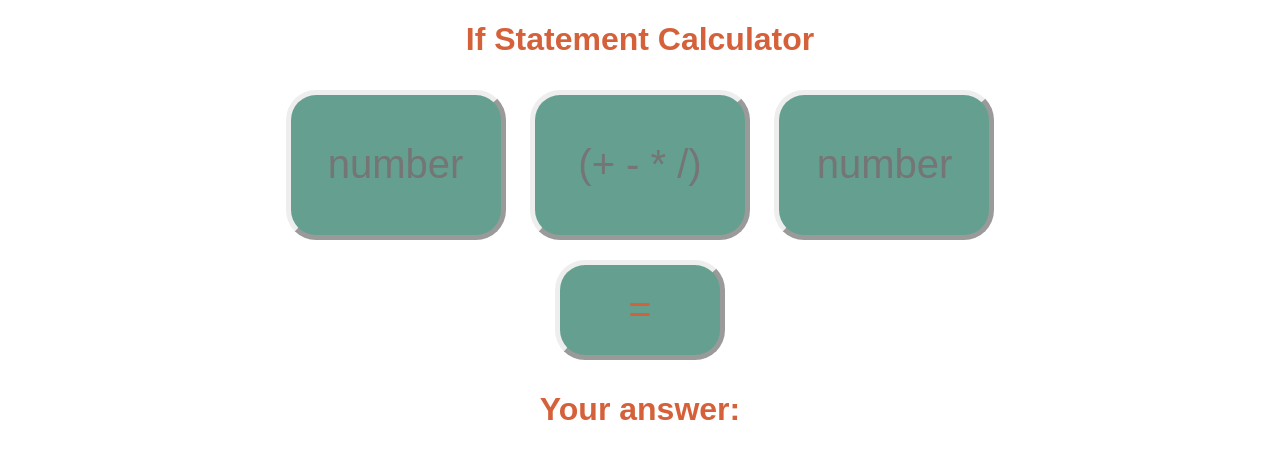
Repository: WesleyErasmus/threeInputCalculator
Page: html/if-calculator.html
The author's editor kept a copy of each file at every save. The page is drawn from the files as they stood at one save, then again after the next save.
The browser window is 1280 px wide. The pictures show the whole page.

Above is the page before, as saved 2022-04-27 22:37:14.

### html/if-calculator.html
<!DOCTYPE html>
<html lang="en">
<head>
    <meta charset="UTF-8">
    <meta http-equiv="X-UA-Compatible" content="IE=edge">
    <meta name="viewport" content="width=device-width, initial-scale=1.0">
    <title>JS If Calculator</title>
    <link rel="stylesheet" href="/css/stylesheet.css">
    <script src="/js/if-calculator.js"></script>
</head>
<body>

<center>
    <form onsubmit="return false;">
        <h1>If Statement Calculator</h1>
         <input id="input1" type="text" name = "input1" placeholder="number"> <!-- input-1 -->
         <input id="input3" type="text" name = "input3" placeholder="(+ - * /)"> <!-- input-3 (operator) -->
         <input id="input2" type="text" name = "input2" placeholder="number"> <!-- input-2 -->
        <div>
         <button onclick="sum()">=</button>
        </div>
         <h1>Your answer:</h1>
         <p id="output"></p>
    </form>
</center>
</body>
</html>

### css/stylesheet.css
body {
font-family: sans-serif;
}
h1 {
    color: #d5613a;
}
form {
display: block;
margin: 0 auto;
}
input {
    background-color: #659f8f;
    width: 170px;
    height: 100px;
    padding: 20px;
    margin: 10px;
    text-align: center;
    font-size: 40px;
    border-radius: 30px;
    border: 5px outset;
}
button {
    background-color: #659f8f;
    /* color: #9e9e9e; */
    color: #d5613a;
    width: 170px;
    height: 100px;
    padding: 0;
    margin: 10px;
    font-size: 40px;
    border-radius: 30px;
    border: 5px outset;
}
p {
    text-align: center;
    margin: 10px;
    padding: 20px;
    font-size: 75px;
    border-radius: 10px;
}

### js/if-calculator.js
function sum() {
const num1 = document.getElementById("input1").value;
const num2 = document.getElementById("input2").value;
const operator = document.getElementById("input3").value;
const output = document.getElementById("output").value;
  let answer;
  document.getElementById("output").value;
  if (operator == '+') {
    answer = +num1 + +num2;
    document.getElementById("output").innerHTML = answer;
  } else if (operator == '-') {
    answer = num1 - num2;
    document.getElementById("output").innerHTML = answer;
  } else if (operator == '*') {
    answer = num1 * num2;
    document.getElementById("output").innerHTML = answer;
  } else {
    answer = num1 / num2;
    document.getElementById("output").innerHTML = answer;
  }console.log(answer);
}

After the next save:
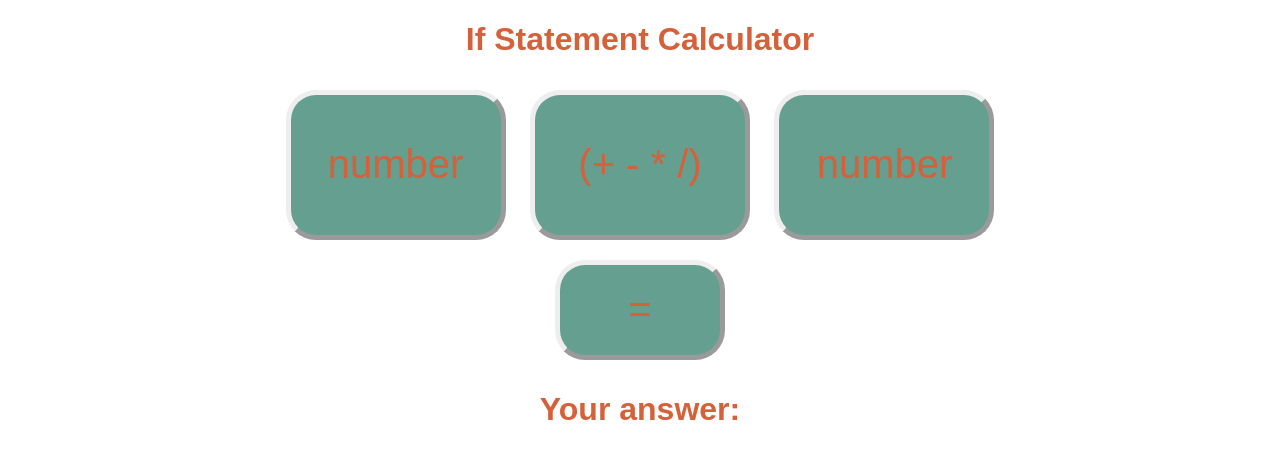
Saved 115 s later.
--- a/css/stylesheet.css
+++ b/css/stylesheet.css
@@ -38,3 +38,6 @@ p {
     font-size: 75px;
     border-radius: 10px;
 }
+::placeholder {
+    color: #d5613a;
+}
